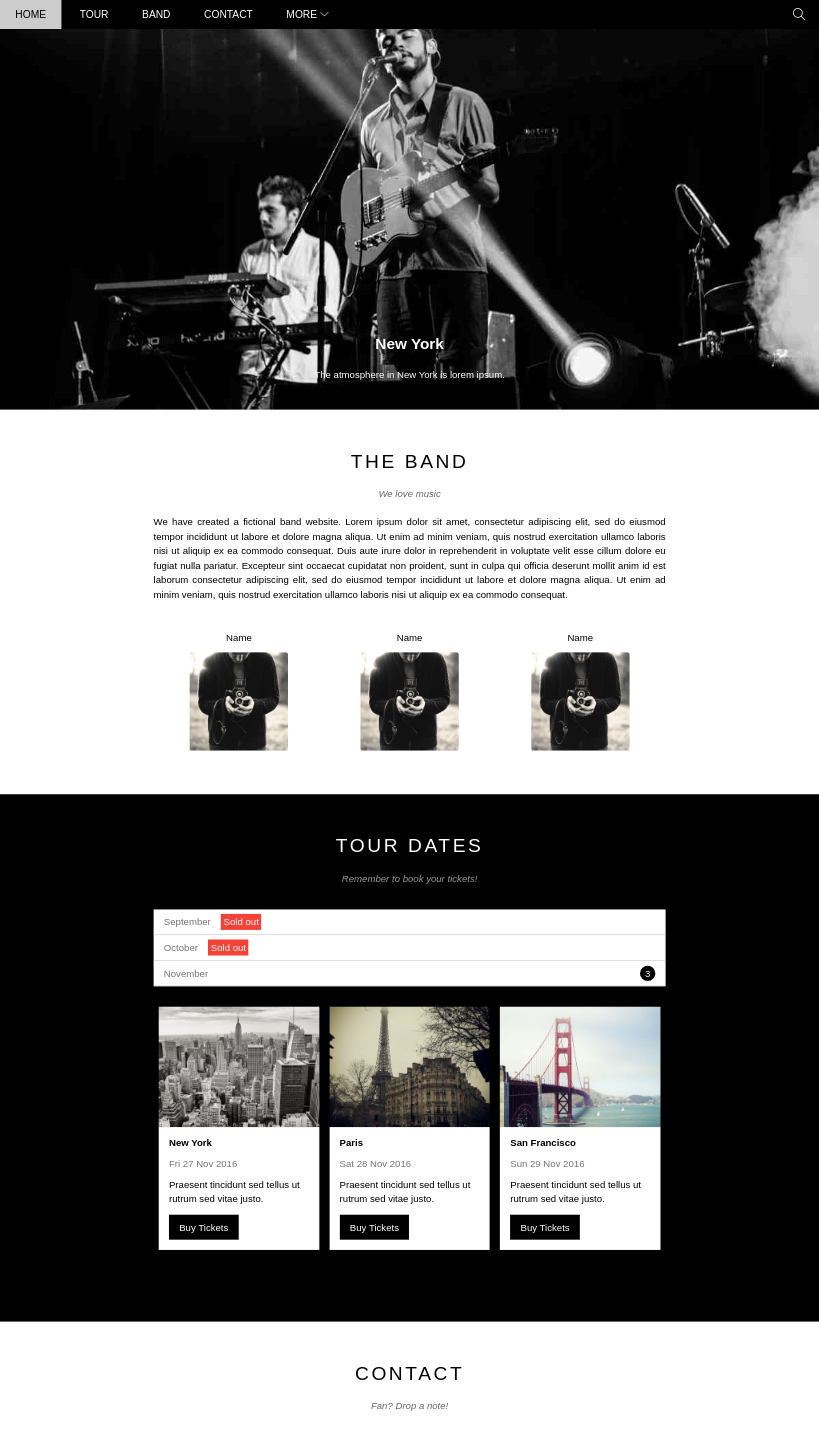
Repository: maivannhan1998/git-w3band
Page: index.html
An editor plug-in stored every save of this project. The page is shown before and after the next save, followed by the edit.
The browser window is 1280 px wide. The pictures show the whole page, at 64% of full size.

Above is the page before, as saved 2021-09-05 19:21:22.

### index.html
<!DOCTYPE html>
<html lang="en">
<head>
    <meta charset="UTF-8">
    <meta http-equiv="X-UA-Compatible" content="IE=edge">
    <meta name="viewport" content="width=device-width, initial-scale=1.0">
    <title>Document</title>
    <link rel="stylesheet" href="./asset/css/style.css">
    <link rel="stylesheet" href="./asset/fontss/themify-icons/themify-icons.css">
</head>
<body>
    <div id="main">
        <div id="header">
            <!-- Begin: nav -->
            <ul id="nav">
                <li><a href="">Home</a></li>
                <li><a href="">Tour</a></li>
                <li><a href="">Band</a></li>
                <li><a href="">Contact</a></li>
                <li><a href="">
                    More
                    <i class="nav-arrow-down ti-angle-down"></i>
                </a>
                    <ul class="subnav">
                        <li><a href="">Merchandise</a></li>
                        <li><a href="">Extras</a></li>
                        <li><a href="">Media</a></li>
                    </ul>
                </li>
            </ul>
            <!-- End: nav -->

            <!-- Begin: Search button -->
            <div class="search-btn">
                <i class="search-icon ti-search"></i>
            </div>
            <!-- End: Search button -->


        </div>

        <div id="slider">
            <div class="text-content">
                <h2 class="text-heading">New York</h2>
                <div class="text-des">The atmosphere in New York is lorem ipsum.</div>
            </div>
        </div>

        <div id="content">
            <!-- About section -->
            <div class="content-section">
                <h2 class="heading-section">THE BAND</h2>
                <p class="heading-sub-section">We love music</p>
                <p class="about-text">We have created a fictional band website. Lorem ipsum dolor sit amet, consectetur adipiscing elit, sed do eiusmod tempor incididunt ut labore et dolore magna aliqua. Ut enim ad minim veniam, quis nostrud exercitation ullamco laboris nisi ut aliquip ex ea commodo consequat. Duis aute irure dolor in reprehenderit in voluptate velit esse cillum dolore eu fugiat nulla pariatur. Excepteur sint occaecat cupidatat non proident, sunt in culpa qui officia deserunt mollit anim id est laborum consectetur adipiscing elit, sed do eiusmod tempor incididunt ut labore et dolore magna aliqua. Ut enim ad minim veniam, quis nostrud exercitation ullamco laboris nisi ut aliquip ex ea commodo consequat.</p>
                <div class="members-list">
                    <div class="member-item">
                         <p class="member-name">Name</p>
                         <img src="/asset/img/band/member1.jpg" alt="Name" class="member-img">
                    </div>
                    <div class="member-item">
                        <p class="member-name">Name</p>
                        <img src="/asset/img/band/member1.jpg" alt="Name" class="member-img">
                   </div>
                   <div class="member-item">
                        <p class="member-name">Name</p>
                        <img src="/asset/img/band/member1.jpg" alt="Name" class="member-img">
                    </div>

                    <div class="clear"></div>
                </div>
            </div>

            <!--Tour section  -->
            <div class="tour-section">

                <div class="content-section">
                    <h2 class="heading-section text-white">TOUR DATES</h2>
                    <p class="heading-sub-section text-white">Remember to book your tickets!</p>
                    <ul class="tickets-list">
                        <li>September<span class="sold-out">Sold out</span></li>
                        <li>October<span class="sold-out">Sold out</span></li>
                        <li>November<span class="quanity">3</span></li>
                    </ul>

                    <!-- Plcae section -->
                    <div class="row place-list">
                        <div class="col place-item">
                            <img src="/asset/img/places/newyork.jpg" alt="New York" class="place-img">
                            <div class="place-content">
                                <h3 class="place-heading">New York</h3>
                                <p class="place-time">Fri 27 Nov 2016</p>
                                <p class="place-des">Praesent tincidunt sed tellus ut rutrum sed vitae justo.</p>
                                <a href="#" class="place-buy-btn">Buy Tickets</a>
                            </div>
                        </div>

                        <div class="col place-item">
                            <img src="/asset/img/places/paris.jpg" alt="Paris" class="place-img">
                            <div class="place-content">
                                <h3 class="place-heading">Paris</h3>
                                <p class="place-time">Sat 28 Nov 2016</p>
                                <p class="place-des">Praesent tincidunt sed tellus ut rutrum sed vitae justo.</p>
                                <a href="#" class="place-buy-btn">Buy Tickets</a>
                            </div>
                        </div>

                        <div class="col place-item">
                            <img src="/asset/img/places/sanfran.jpg" alt="San Francisco" class="place-img">
                            <div class="place-content">
                                <h3 class="place-heading">San Francisco</h3>
                                <p class="place-time">Sun 29 Nov 2016</p>
                                <p class="place-des">Praesent tincidunt sed tellus ut rutrum sed vitae justo.</p>
                                <a href="#" class="place-buy-btn">Buy Tickets</a>
                            </div>
                        </div>
                        <div class="clear"></div>

                    </div>
                </div>


            </div>

            <!-- Contact section -->

            <div class="content-section">
                <h2 class="heading-section">CONTACT</h2>
                <p class="heading-sub-section">Fan? Drop a note!</p>

            </div>



        </div>

        <div id="footer">

        </div>
    </div>
</body>
</html>

### asset/css/style.css
/* Reset CSS*/
*{
    padding: 0;
    margin: 0;
    box-sizing: border-box;
}

/* common */

.row {
    margin-left: -8px;
    margin-right: -8px;
}

.col {
    float: left;
    padding-left: 8px;
    padding-right: 8px;
}

.clear {
    clear: both;
}

.text-white {
    color: #fff !important;
}

html{
    font-family: Arial, Helvetica, sans-serif;

}

#main{

}

#header{
    position: fixed;
    top: 0;
    left: 0;
    right: 0;
    height: 46px;
    background-color: #000;
    z-index: 1;
}

#nav {
    display: inline-block ;
}

#nav, .subnav {
    list-style-type: none;
}

#nav > li {
    display: inline-block;
}

#nav li{
    position: relative;

}

#nav > li > a {
    color: #fff;
    text-transform: uppercase;
}

#nav li a {
    padding: 0 24px;
    line-height: 46px;
    display: block;
    text-decoration: none;
}
#nav .subnav li:hover a,
#nav > li:hover > a {
    color: #000;
    background-color: #ccc;
}

#nav .subnav {
    display: none;
    position: absolute;
    top: 100%;
    left: 0;
    min-width: 160px;
    background-color: #fff;
    box-shadow: 0 0 10px rgba(0, 0, 0, 0.3);
}

#nav .subnav a {
    color: #000;
    background-color: #fff;
    padding: 0 12px;
    line-height: 38px;

}

#nav li:hover .subnav {
    display: block;
}

.nav-arrow-down {
    font-size: 14px;
}

#header .search-btn {
    float: right;
    padding: 0px 21px;

}

#header .search-btn:hover {
    cursor: pointer;
    background-color: #f44336;
}

#header .search-icon {
    color: #fff;
    font-size: 20px;
    line-height: 46px;
}

#slider{
   /* margin-top: 46px; */
   /* chỉ số % chiều ngang của chính nó (chiều cao lun bằng 1/2 chiều ngang) */
   position: relative;
   padding-top: 50%;
   background: url('/asset/img/slider/slider1.jpg') top center / cover no-repeat;
}

#slider .text-content {
    position: absolute;
    bottom: 47px;
    color: #fff;
    width: 100%;
    /* left: 50%;
   transform: translateX(-50%); */
   text-align: center;

}

#sider .text-heading {
    font-weight: 500;
    font-size: 24px;
}

#slider .text-des {
    font-size: 15px;
    margin-top: 25px;
}

#content{

}

#content .content-section {
    width: 800px;
   padding: 64px 0;
   margin-left: auto;
   margin-right: auto;

}

#content .heading-section {
    text-align: center;
    font-size: 30px;
    font-weight: 500;
    letter-spacing: 4px;
}

#content .heading-sub-section {
    text-align: center;
    font-size: 15px;
    margin-top: 25px;
    font-style: italic;
    opacity: 0.6;
}

#content .about-text {
    margin-top: 25px;
    text-align: justify;
    font-size: 15px;
    line-height: 1.5;
}

#content .members-list {
    margin-top: 47px;
}

#content .member-item{
    float: left;
    text-align: center;
    width: 33.33333%;
}

#content .member-name {
    font-size: 15px;
}

#content .member-img {
    width: 154px;
    margin-top: 15px ;
    border-radius: 4px;

}

/* tour section */

.tour-section {
    background-color: #000;
}

.tickets-list {
    margin-top: 40px;
    list-style-type: none;
    background-color: #fff;

}

.tickets-list li {
    color: #757575;
    font-size: 15px;
    padding: 11px 16px;
    border-bottom: 1px solid #ccc;
}

.tickets-list .sold-out {
    color: #fff;
    background-color: #f44336;
    padding: 4px 4px;
    margin-left: 16px;
}

.tickets-list .quanity {
    float: right;
    color: #fff;
    background-color: #000;
    width: 24px;
    height: 24px;
    border-radius: 50%;
    text-align: center;
    margin-top: -3px;
    line-height: 24px;
}

.place-list {
    /* margin-top: 32px;
    margin-left: -8px;
    margin-right: -8px; */
    margin: 32px 0 48px;


}

.place-item{
    width: 33.33333%;
}

.place-img{
    width: 100%;
    display: block;
}

.place-img:hover {
    opacity: 0.6;
}

.place-content{
background-color: #fff;
padding: 16px;
font-size: 15px;
}

.place-heading{
    font-size: 15px;
}

.place-time{
    margin-top: 15px;
    color: #757575;
}

.place-des{
    margin: 15px 0;
    line-height: 1.4;
}

.place-buy-btn{
    color: #fff;
    background-color: #000;
    text-decoration: none;
    padding: 11px 16px;
    display: inline-block;
}

.place-buy-btn:hover {
    color: #000;
    background-color: #ccc;
}


#footer{

}

Loaded but not shown: asset/fontss/themify-icons/themify-icons.css (common file)

After the next save:
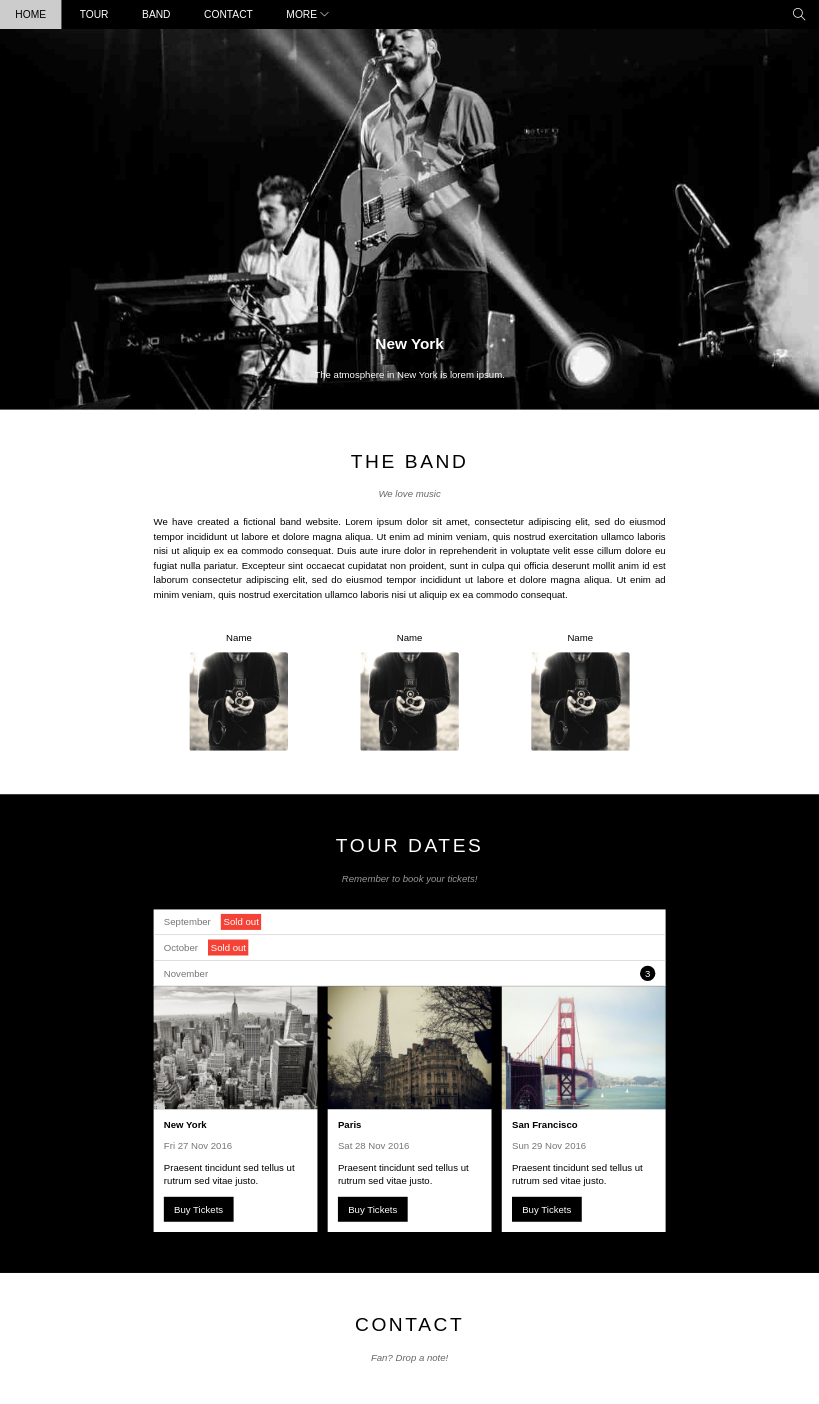
Saved 30 s later.
--- a/index.html
+++ b/index.html
@@ -83,7 +83,7 @@
                     </ul>
 
                     <!-- Plcae section -->
-                    <div class="row place-list">
+                    <div class="row places-list">
                         <div class="col place-item">
                             <img src="/asset/img/places/newyork.jpg" alt="New York" class="place-img">
                             <div class="place-content">

After the save that followed:
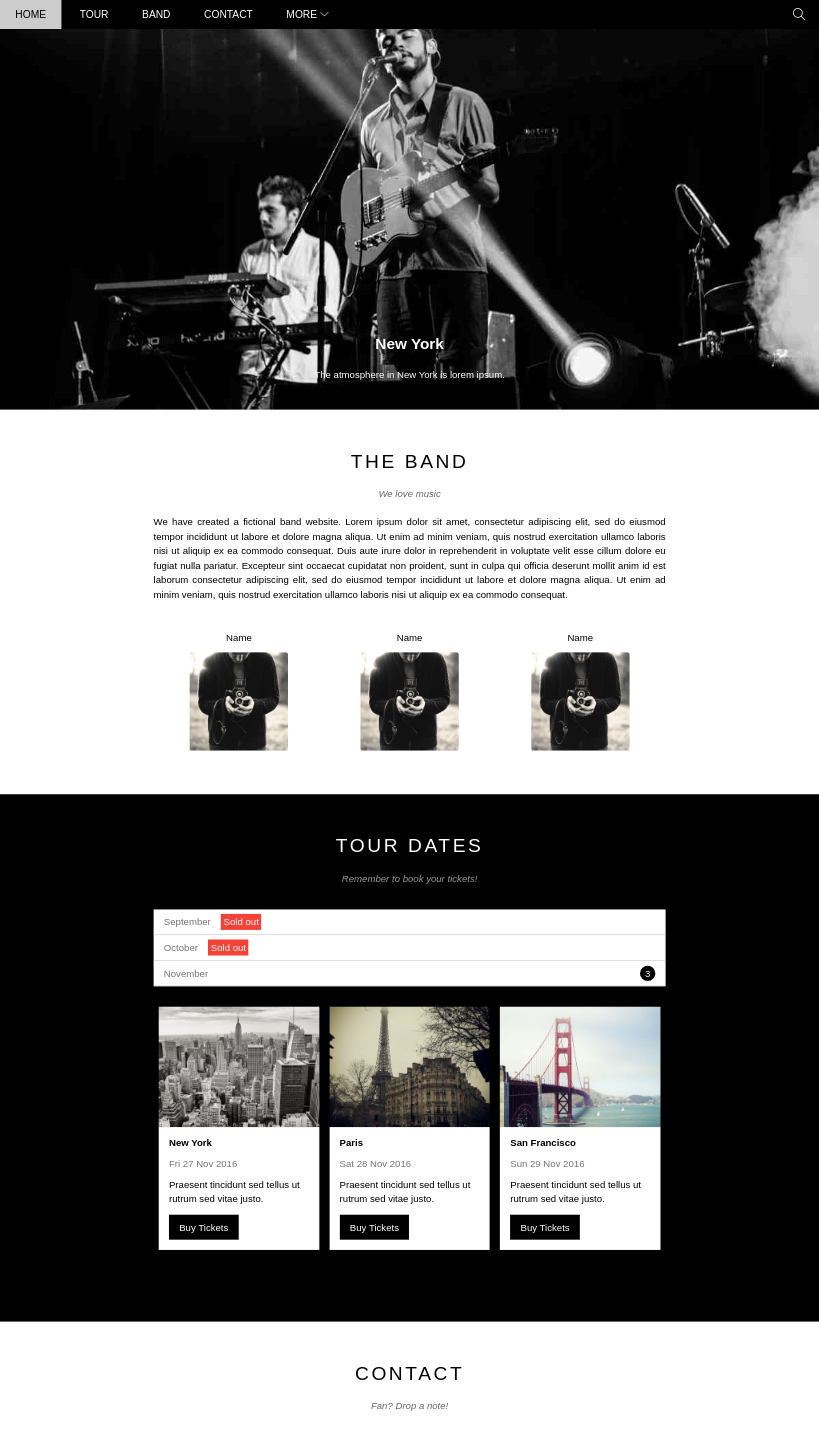
Saved 7 s later.
--- a/asset/css/style.css
+++ b/asset/css/style.css
@@ -245,7 +245,7 @@
     line-height: 24px;
 }
 
-.place-list {
+.places-list {
     /* margin-top: 32px;
     margin-left: -8px;
     margin-right: -8px; */
